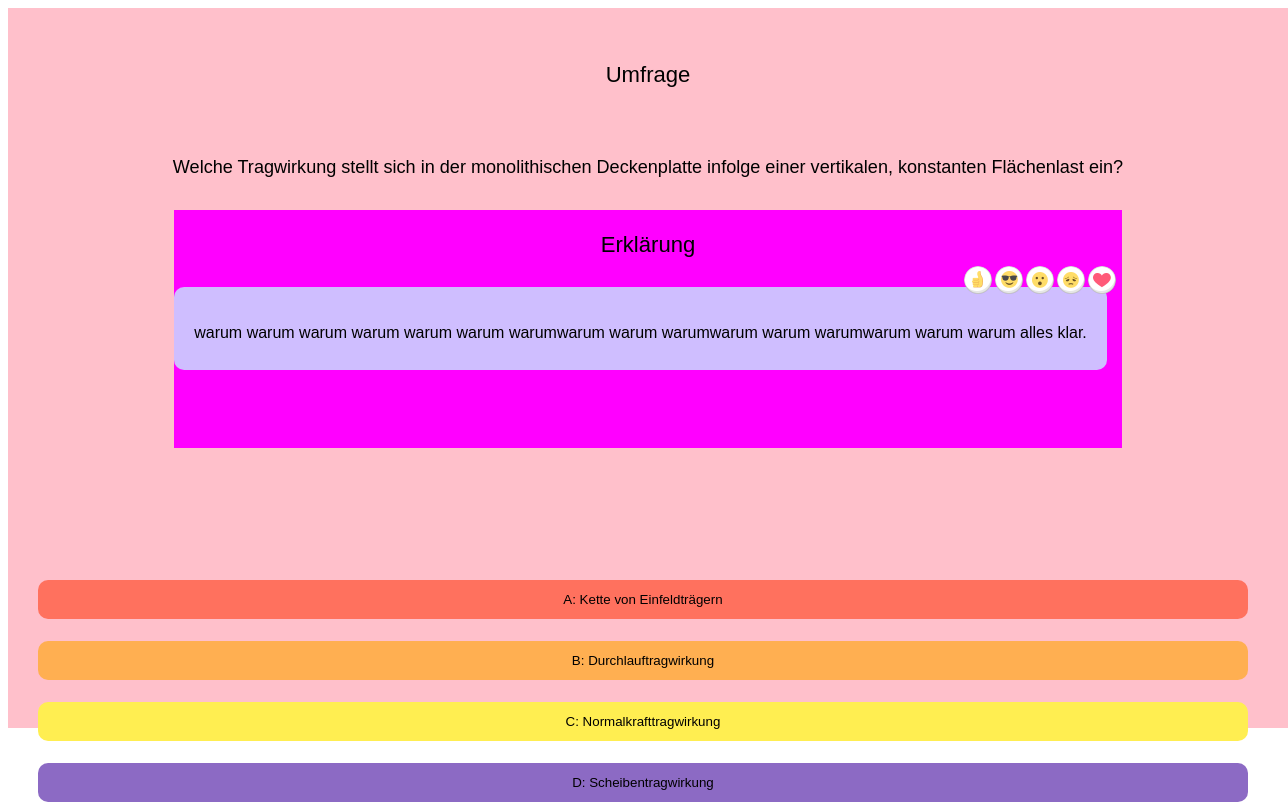
Repository: HyunraDate/Quinlan
Page: /Erklaerung
An editor plug-in stored every save of this project. The page is shown before and after the next save, followed by the edit.
The browser window is 1280 px wide. The page is 1288 px wide, so the pictures cover 1288 px, including what lies to the right of the window. The pictures show the whole page.
The project was rebuilt for these pictures with package versions that can differ from the ones it lists, and the page was loaded fresh each time. Also part of the build but not shown: vite.config.js, src/views/Ergebnis1.vue, src/views/Ergebnis2.vue.

Above is the page before, as saved 2023-07-25 14:50:13.

### index.html
<!DOCTYPE html>
<html lang="en">
  <head>
    <meta charset="UTF-8" />
    <link rel="icon" type="image/svg+xml" href="/vite.svg" />
    <meta name="viewport" content="width=device-width, initial-scale=1.0" />
    <title>Vite + Vue</title>
  </head>
  <body>
    <div id="app"></div>
    <script type="module" src="/src/main.js"></script>
    <script
    src="https://cdnjs.cloudflare.com/ajax/libs/echarts/5.4.1/echarts.min.js"
    integrity="sha512-OTbGFYPLe3jhy4bUwbB8nls0TFgz10kn0TLkmyA+l3FyivDs31zsXCjOis7YGDtE2Jsy0+fzW+3/OVoPVujPmQ=="
    crossorigin="anonymous"
    referrerpolicy="no-referrer">
    </script>

  </body>
</html>

### src/main.js
import { createApp } from 'vue'
// import './style.css'
import './utils/rem'
import App from './views/FragePage.vue'
import router from './router'
import * as echarts from 'echarts/core'

const app=createApp(App)//用const = 去挂载
app.use(router) //要先use哦
app.provide("ec", echarts);

// app.config.globalProperties.$axios = axios.create({
//     baseURL: 'http://localhost:8000', // 设置axios的基本URL
//     headers: {
//     // 设置axios请求的头部信息
//     }
// });

//createApp(app).mount('#app')
app.mount('#app')

### src/utils/rem.js
//rem等比适配配置文件
// 基准大小
const baseSize = 16
// 设置 rem 函数
function setRem () {
        // 当前页面宽度相对于 1920宽的缩放比例，可根据自己需要修改。
    const scale = document.documentElement.clientWidth / 1920
    // 设置页面根节点字体大小（“Math.min(scale, 2)” 指最高放大比例为2，可根据实际业务需求调整）
    document.documentElement.style.fontSize = baseSize * Math.min(scale, 2) + 'px'
    // 初始化
    setRem()
    // 改变窗口大小时重新设置
    rem.window.onresize = function () { setRem() }
}

### src/views/FragePage.vue
<!-- <template>
    <div>
    <div class="flex-col page">
        <div class="flex-col items-center">
          span class="font_1">Umfrage</span>
      <br/>

      <body onload="run()">
        wird in <span id="spanId" style="color:#FE9637">60</span>Sekunden springen!
      </body>
    </div>
</template> -->
<script>
// import { useStore } from '@store/index'
// //先引入useRouter
// import { useRouter } from 'vue-router'

// export default {
//   const store = useStore()
//   const router = useRouter()
//   //通过定义一个方法，使用Router进行跳转
//   const test =()=>
//   router.push()
// }

// import { useRouter , useRoute } from 'vue-router'

// setup(){
//     const $router=useRouter()
//     const $route=useRoute()

//     // 对象 $router.push()可以向history对象添加新记录
//     $router.push({ path: 'Ergebnis1' })
// }


// return {
//   store,
//   //这里暴露test方法
//   test
// }
// 页面一加载完成，该方法就会执行
// 读秒，一秒钟数字改变一次

// export default { 唔可以系setup度用
//   methods: {
//     scrollTo(target) {
//       const element = this.$refs[target];
//       element.scrollIntoView({ behavior: 'smooth' });
//     }
//   }
// }

var x = 60;
var select = "Step3.html";

function run(){
  // 获取到的是span标签的对象
  var span = document.getElementById("spanId");
  // 获取span标签中间的文本
  span.innerHTML = x;
  x--;
  // 再让run方法执行呢，一秒钟执行一次
  if(x < 0)window.location = select;
  else window.setTimeout("run()", 1000);

};

function test(click){
  select = click;
}

export default {
  data() {
    return {
      isDisabled: false,
      showButton: true,
    };
  },
  //Falls du die Btns nicht zeigen möchtest
  // beforeRouteEnter(to, from, next) {
  //   next(vm => {
  //     vm.showButton = false
  //   })
  // },
  // mounted() {
  //   // 在页面加载时显示按钮
  //   this.showButton = true;
  // },
  // beforeDestroy() {
  //   // 在页面销毁之前隐藏按钮
  //   this.showButton = false;
  // },

  methods:{
    option1:function(){
      console.log(this.$router);
      // this.$router.plus('/') 这里跳转不了欸
      //this.$router.push({path:"/"}) //传入对象 但也跳转不了欸 push!唔系plus啊死蠢！
      //this.showButton = false;

      //带参数
      this.$router.push({path:'/Ergebnis1'}) //成功跳转了！！okok!!
      //this.$router.push({name:"almond",params:{id:Chocolat}}) //传参 这里传不到欸 // 试一下传right
      },

      option2:function(){
        console.log(this.$router);
        //this.showButton = false; //hier zeigt die Button nicht mehr, wie du möchtest

        //带参数
        this.$router.push({path:'/Ergebnis2'}) //成功跳转了！！okok!!
        //如果要动态传参

        //this.$router.push({name:"Ergebnis2",params:{id:A}}) //传参 这里传不到欸 // 试一下传worong
      },

      onClick() {
        // 在点击事件监听器中禁用按钮
        this.isDisabled = true;
        // 在每个按钮上使用 v-bind:disabled 指令，将其值绑定为 isDisabled，
        //当 isDisabled 为 true 时，按钮将被禁用。
        console.log("Button clicked")
      },
  },


}
</script>

<template>
<body >
<div>
  <!-- <div class="flex-col page"> </div>  太占位啦！-->
    <div class="flex flex-col items-center">
    <br/><br/><br/>
    <span class="font_1">Umfrage</span>
    <!--style="{
      margin: 0;
      font-size: 1.38rem;
      font-family: Inter;
      line-height: 1.63rem;
      color: #000000;
      font-family: 'Work Sans', sans-serif;
      text-align: center;
      }"-->
    <br/><br/>
    <!-- <br/><br/> -->
    <span class="text">
    Welche Tragwirkung stellt sich in der monolithischen Deckenplatte infolge einer vertikalen, konstanten
    Flächenlast ein?
    <br/>
    </span>
  <router-view/>

<!-- onload="run()" 这里加载不了 这个onload function欸-->
<!-- wird in <span id="spanId" style="color:#FE9637">60</span>Sekunden springen! -->
</div>



<!-- 要页面跳转了
1、 router-link: <router-link to='/testDemo'>
                <button>点击跳转2</button>
                </router-link>

2、 this.$router.push('/a')
3、 get params ->  console.log(this.$route.params.a); -->
<div class="flex-col group space-y-22">

  <!-- <router-link to="Ergebnis2"><button class="flex-col justify-start items-center text-wrapper " type="submit">A: Kette von Einfeldträgern</button></router-link> -->
  <!-- <button class="flex-col justify-start items-center text-wrapper " type="submit" a href="Step3.html">A: Kette von Einfeldträgern</button> -->


  <!-- <router-link to="Ergebnis1"><button class="flex-col justify-start items-center text-wrapper_2 " type="submit">B: Durchlauftragwirkung</button></router-link> -->

  <!-- <router-link to="Ergebnis2"><button class="flex-col justify-start items-center text-wrapper_3" type="button">C: Normalkrafttragwirkung</button>
  </router-link> -->
<button v-on:click="onClick" :disabled="isDisabled" v-if="showButton" id ="A" class="flex-col justify-start items-center text-wrapper " type="submit" @click="option2">A: Kette von Einfeldträgern</button>

<button v-on:click="onClick" :disabled="isDisabled" v-if="showButton" id ="B" class="flex-col justify-start items-center text-wrapper_2" type="button" @click="option1">B: Durchlauftragwirkung</button>

<button v-on:click="onClick" :disabled="isDisabled" v-if="showButton" id ="C" class="flex-col justify-start items-center text-wrapper_3" type="button" @click="option2">C: Normalkrafttragwirkung</button>

<button v-on:click="onClick" :disabled="isDisabled" v-if="showButton" id ="D" class="flex-col justify-start items-center text-wrapper_4" type="button" @click="option2">D: Scheibentragwirkung</button>
</div>
</div>

</body>
</template>

<style scoped>
@import url("../css/halloween.css"); /*src = . */
/* .font_1{ /* didnt work
  position: center;
  } */

/*
使用深度选择器来写使样式生效。
有两种写法：

.a >>> .b {}
.a /deep/ .b
当你子组件使用了 scoped 但在父组件又想修改子组件的样式可以 通过 >>> 来实现：

<style scoped>
.a >>> .b { /* ...


将会编译成
.a[data-v-f3f3eg9] .b {
  /* ... */

</style>

### src/router/index.js
import {
    createRouter,
    createWebHashHistory,
    createWebHistory
  } from 'vue-router'

  // 1. 定义路由组件.
  // 也可以从其他文件导入

  // import Home from '../views/Home.vue'
  // import App from './App.vue' 原App好像不需要引入？
  import FragePage from '../views/FragePage.vue'
  import Ergebnis1 from '../views/Ergebnis1.vue' //1=true
  import Ergebnis2 from '../views/Ergebnis2.vue' //2=falsh
  import Erklaerung  from '../views/Erklaerung.vue'

  //import Step3 from '../views/Step3.html'


  //路由懒加载，用到时再加载（咪时好大，load又耐）
  // const About=()=>import('../views/About.vue') //然后Home放在下面path component后面就行啦
  //我加载不到惹

  // 2. 定义一些路由
  // 每个路由都需要映射到一个组件。
  // 我们后面再讨论嵌套路由。(hier写路由表)
  const routes = [

    /*{
      path:"/.id",
      redirect:(to)=>{
        console.log(to);
        return{path:"/.home"}
      } //都跳转不了欸 No match found for location with path "/home"
    },
    */

    /*{
      path: '/about',
      redirect: (to)=> {
        return {
          path: '/'
        }
      }
    },*/

    // { //这个Home的Hey已经能加载出来了欸
    //   path: '/',
    //   name:"home",
    //   component: Home
    // },

    {
        path: '/FragePage',
        component: FragePage
    },



  //   { path: '/about',
  //   component: About },

  //   { path: '/OptionA/:id', //路径参数 用冒号 : 表示。当一个路由被匹配时，它的 params 的值将在每个组件中以 this.$route.params 的形式暴露出来。
  //   component: OptionA },

    {
      path: "/Ergebnis1", //Ergebnis也成功挂载到了！
      component: Ergebnis1
    },
    {
      path: "/Ergebnis2", //Ergebnis也成功挂载到了！
      component: Ergebnis2
    },


    //Set动态路由 因为选项ABCD

    //     path: "/Sweet/:id*", //this is 动态参数啦 d.h 动态路由啦， i dont care what id u r ~
    //     //参数可有可无，但参数不能重复叠加
    //     //path:"/sweet/id?",
    //     component: Sweet
    //   },
    // {
    //   path: "/Step3", //这里要双引号哦
    //   component: Step3
    // },

    {
      path: "/Erklaerung", //这里要双引号哦
      component: Erklaerung
    },

    //   {
    //     path: "/Piggie",
    //     alias: ['/Airi','/Kazeo'], //你嘅nickname, two or more就用数组, 直接系导航栏输入path就得啦
    //     component: Piggie //为什么Piggie的子页面跳转不出来？而是home ->重新打Piggie的内容刷新就得啦！
    //   },

    //   {
    //     name: "almond", //路由名就叫sweet
    //     path: "/Sweet/:id*", //this is 动态参数啦 d.h 动态路由啦， i dont care what id u r ~
    //     //参数可有可无，但参数不能重复叠加
    //     //path:"/sweet/id?",
    //     component: Sweet
    //   },

    //   {
    //     //动态路由 参数一定是数字
    //     path: "/alcohol/:id",
    //     component: Alcohol,
    //     props:true
    //   },
  ]

  // 3. 创建路由实例并传递 `routes` 配置
  // 你可以在这里输入更多的配置，但我们在这里
  // 暂时保持简单
  const router = createRouter({
    // 4. 内部提供了 history 模式的实现。为了简单起见，我们在这里使用 hash 模式。 (Hash有#)
    //**hash不会向服务器发送请求！ */
    //history: createWebHashHistory(),

    //为了漂亮就用History模式，这样路径里就没有#号啦
    history: createWebHistory(),
    routes, // `routes: routes` 的缩写
  })

  //This is 全局守卫 （全球守卫）
  router.beforeEach((to, form, next) => {
    console.log(to);
    console.log(form);
    next()//like通行证
  })


  export default router

### src/css/halloween.css
/* 语法 @media mediaType and|not|only (media feature) {
  /*CSS-Code;*/
  /* 3、css中的vh和vm
  vh和vm是相对视口区域的宽高，即浏览器可视区域

  vw：1vw等于视口宽度的1%。
  vh：1vh等于视口高度的1%。

  使用场景：页面头部和尾部固定，中间内容若高度超出，则出现滚动条，但是整个页面不出现滚动条，
  在此情况下就要计算中间内容的高度，可以使用vh解决 */

  /* :root { why didnt work??
  font-family: 'Work Sans', sans-serif;
  line-height: 1.5;
  font-weight: 400;

  color-scheme: light dark;
  color: rgba(255, 255, 255, 0.87);
  background-color: #242424;

  font-synthesis: none;
  text-rendering: optimizeLegibility;
  -webkit-font-smoothing: antialiased;
  -moz-osx-font-smoothing: grayscale;
  -webkit-text-size-adjust: 100%;
  } */

  /* // 最大宽度为1280 （width-max: 1280）*/
@media (width: 100vw) {
  html {
    font-size: 1.88rem;
    font-weight: 500;
    font-family: 'Work Sans', sans-serif;
  }

  body {
    background: pink;
    height:100vh;
    margin: 0;
    -webkit-font-smoothing: antialiased;
    -moz-osx-font-smoothing: grayscale;

  }

  body * {
    box-sizing: border-box;
    flex-shrink: 0;
  }

  button {
    border-width: 0px;
    border-radius: 0.63rem;
  }
  button:hover{
    border:2px solid #FE9637;
    box-shadow:rgba(251, 161, 72, 0.66) 0 0 5px;
    transition:all .2s;
  }
  .flex-row {
    display: flex;
    flex-direction: row;
  }

  .flex-col {
    display: flex;
    flex-direction: column;
  }

  .justify-start {
    justify-content: flex-start;
  }

  .justify-end {
    justify-content: flex-end;
  }

  .justify-center {
    justify-content: center;
  }

  .justify-between {
    justify-content: space-between;
  }

  .justify-around {
    justify-content: space-around;
  }

  .justify-evenly {
    justify-content: space-evenly;
  }

  .items-start {
    align-items: flex-start;
  }

  .items-end {
    align-items: flex-end;
  }

  .items-center {
    align-items: center;
  }

  .items-baseline {
    align-items: baseline;
  }

  .items-stretch {
    align-items: stretch;
  }

  .self-start {
    align-self: flex-start;
  }

  .self-end {
    align-self: flex-end;
  }

  .self-center {
    align-self: center;
  }

  .self-baseline {
    align-self: baseline;
  }

  .self-stretch {
    align-self: stretch;
  }

  .flex-1 {
    flex: 1 1 0%;
  }

  .flex-auto {
    flex: 1 1 auto;
  }

  .grow {
    flex-grow: 1;
  }

  .grow-0 {
    flex-grow: 0;
  }

  .shrink {
    flex-shrink: 1;
  }

  .shrink-0 {
    flex-shrink: 0;
  }

  .relative {
    position: relative;
  }

  /* .page {
    padding: 8.63rem 3.38rem 16.31rem 4rem;
    background-color: #ffffff;
    width: 100%;
    overflow-y: auto;
    overflow-x: hidden;
    height: 100%;
  } */
  .font_1 {
    font-size: 3.38rem;
    font-family: Inter;
    line-height: 1.63rem;
    color: #000000;
    font-family: 'Work Sans', sans-serif;
    text-align: center;
  }

  .text {
    margin: 2rem;
    color: #000000;
    font-size: 1.13rem;
    font-family: Inter;
    line-height: 1.38rem;
    text-align: center;
    font-family: 'Work Sans', sans-serif;
  }
  .group {
    margin-top: 8.25rem;
    padding: 0 1.88rem;
  }
  .space-y-22 > *:not(:first-child) {
    margin-top: 1.38rem;
  }
  .text-wrapper {
    margin-right: 0.63rem;
    padding: 0.75rem 0;
    background-color: #FF715E;
  }
  .font_2 {
    font-size: 1rem;
    font-family: Inter;
    line-height: 0.97rem;
    color: #000000;
    font-family: 'Work Sans', sans-serif;
  }
  .text-wrapper_2 {
    margin-right: 0.63rem;
    padding: 0.75rem 0;
    background-color: #ffaf51;
    outline: none;
  }
  .text-wrapper_3 {
    margin-right: 0.63rem;
    padding: 0.75rem 0;
    background-color: #FFEE51;
  }
  .text-wrapper_4 {
    margin-right: 0.63rem;
    padding: 0.75rem 0;
    background-color: #8C6AC4;
  }
}
/* // 200px为头部加尾部高度 */


  /* // 宽度为1281-1366之间
@media (min-width: 1281px) and (max-width: 1366px) {
  body {
    background: red;
  }
}

/* // 最小宽度为1441  */
/* @media (min-width: 1441px) {
  body {
    background: green;
  }
} */


html {
  font-size: 1.88rem;
  font-weight: 500;
  font-family: 'Work Sans', sans-serif;
}

body {
  margin: 0;
  -webkit-font-smoothing: antialiased;
  -moz-osx-font-smoothing: grayscale;
  width: 100vw;
  height: 100vh;
}

body * {
  box-sizing: border-box;
  flex-shrink: 0;
}

button {
  border-width: 0px;
  border-radius: 0.63rem;
}
button:hover{
  border:2px solid #FE9637;
  box-shadow:rgba(251, 161, 72, 0.66) 0 0 5px;
  transition:all .2s;
}
.flex-row {
  display: flex;
  flex-direction: row;
}

.flex-col {
  display: flex;
  flex-direction: column;
}

.justify-start {
  justify-content: flex-start;
}

.justify-end {
  justify-content: flex-end;
}

.justify-center {
  justify-content: center;
}

.justify-between {
  justify-content: space-between;
}

.justify-around {
  justify-content: space-around;
}

.justify-evenly {
  justify-content: space-evenly;
}

.items-start {
  align-items: flex-start;
}

.items-end {
  align-items: flex-end;
}

.items-center {
  align-items: center;
}

.items-baseline {
  align-items: baseline;
}

.items-stretch {
  align-items: stretch;
}

.self-start {
  align-self: flex-start;
}

.self-end {
  align-self: flex-end;
}

.self-center {
  align-self: center;
}

.self-baseline {
  align-self: baseline;
}

.self-stretch {
  align-self: stretch;
}

.flex-1 {
  flex: 1 1 0%;
}

.flex-auto {
  flex: 1 1 auto;
}

.grow {
  flex-grow: 1;
}

.grow-0 {
  flex-grow: 0;
}

.shrink {
  flex-shrink: 1;
}

.shrink-0 {
  flex-shrink: 0;
}

.relative {
  position: relative;
}

.page {
  padding: 8.63rem 3.38rem 16.31rem 4rem;
  background-color: #ffffff;
  width: 100%;
  overflow-y: auto;
  overflow-x: hidden;
  height: 100%;
}
.font_1 {
  font-size: 1.38rem;
  font-family: Inter;
  line-height: 1.63rem;
  color: #000000;
  font-family: 'Work Sans', sans-serif;
}
.text {
  margin-top: 2rem;
  color: #000000;
  font-size: 1.13rem;
  font-family: Inter;
  line-height: 1.38rem;
  text-align: center;
  font-family: 'Work Sans', sans-serif;

}
.group {
  margin-top: 8.25rem;
  padding: 0 1.88rem;
}
.space-y-22 > *:not(:first-child) {
  margin-top: 1.38rem;
}
.text-wrapper {
  margin-right: 0.63rem;
  padding: 0.75rem 0;
  background-color: #FF715E;
}
.font_2 {
  font-size: 1rem;
  font-family: Inter;
  line-height: 0.97rem;
  color: #000000;
  font-family: 'Work Sans', sans-serif;
}
.text-wrapper_2 {
  margin-right: 0.63rem;
  padding: 0.75rem 0;
  background-color: #ffaf51;
  outline: none;
}
.text-wrapper_3 {
  margin-right: 0.63rem;
  padding: 0.75rem 0;
  background-color: #FFEE51;
}
.text-wrapper_4 {
  margin-right: 0.63rem;
  padding: 0.75rem 0;
  background-color: #8C6AC4;
}

### src/views/Erklaerung.vue
<template>
    <html lang="en">
  <!-- <head>
    <meta charset="UTF-8" />
    <meta http-equiv="X-UA-Compatible" content="IE=edge" />
    <meta name="viewport" content="width=device-width, initial-scale=1.0" />
    <title>codefun</title>
    <link rel="stylesheet" href="./Step4.css" />
    <script type="text/javascript" src="./Step4.js"></script>
  </head> -->
  <body>
    <div class="flex-col page space-y-10">
      <span class="self-center text">Erklärung</span>
      <div class="flex-col justify-start relative group">
        <div class="flex-col justify-start items-start text-wrapper">
          <span class="text_2">
            warum warum warum warum warum warum warumwarum warum warumwarum warum warumwarum warum warum alles klar.
          </span>
        </div>
        <img
          class="image pos_3"
          src="../images/surprise.png"
        />
        <img
          class="image pos_2"
          src="../images/cool.png"
        />
        <img
          class="image pos"
          src="../images/like.png"
        />
        <img
          class="image pos_5"
          src="../images/heart.png"
        />
        <img
          class="image pos_4"
          src="../images/sad.png"
        />
      </div>
      <!--<img
        class="self-end image_2"
        src="https://codefun-proj-user-res-1256085488.cos.ap-guangzhou.myqcloud.com/63986c125a7e3f0310fdabbc/63986c59717ee30011312a06/16709407860648366536.png"
      /> -->
    </div>
  </body>
</html>
</template>

<style scoped>
@import url("../css/Step4.css");
</style>

### src/css/Step4.css
html {
    font-size: 16px;
  }

  body {
    margin: 0;
    font-family: 'Work Sans', sans-serif;
    -webkit-font-smoothing: antialiased;
    -moz-osx-font-smoothing: grayscale;
    width: 100vw;
    height: 100vh;
  }

  body * {
    box-sizing: border-box;
    flex-shrink: 0;
  }

  /* .flex-row {
    display: flex;
    flex-direction: row;
  } */

  .flex-col {
    display: flex;
    flex-direction: column;
  }

  .justify-start {
    justify-content: flex-start;
  }

  .justify-end {
    justify-content: flex-end;
  }

  .justify-center {
    justify-content: center;
  }

  .justify-between {
    justify-content: space-between;
  }

  .justify-around {
    justify-content: space-around;
  }

  .justify-evenly {
    justify-content: space-evenly;
  }

  .items-start {
    align-items: flex-start;
  }

  .items-end {
    align-items: flex-end;
  }

  .items-center {
    align-items: center;
  }

  .items-baseline {
    align-items: baseline;
  }

  .items-stretch {
    align-items: stretch;
  }

  .self-start {
    align-self: flex-start;
  }

  .self-end {
    align-self: flex-end;
  }

  .self-center {
    align-self: center;
  }

  .self-baseline {
    align-self: baseline;
  }

  .self-stretch {
    align-self: stretch;
  }

  .flex-1 {
    flex: 1 1 0%;
  }

  .flex-auto {
    flex: 1 1 auto;
  }

  .grow {
    flex-grow: 1;
  }

  .grow-0 {
    flex-grow: 0;
  }

  .shrink {
    flex-shrink: 1;
  }

  .shrink-0 {
    flex-shrink: 0;
  }

  .relative {
    position: relative;
  }

  .page {
    padding-top: 1.5rem ;
    padding-bottom: 1.5rem ;
    padding-left: 2 rem;
    padding-right: 2 rem;
    background-color: #ff00ff;
  }
  .space-y-10 > *:not(:first-child) {
    margin-top: 0.63rem;
  }
  .text {
    color: #000000;
    font-size: 1.38rem;
    font-family: Inter;
    line-height: 1.34rem;
    font-family: 'Work Sans', sans-serif;
  }
  .group {
    padding-top: 1.31rem;
    height: 9.88rem;
  }
  .text-wrapper {
    margin-right: 0.94rem;
    padding: 2.25rem 0 1.75rem;
    background-color: #cfbeff;
    border-radius: 0.63rem;
  }
  .text_2 {
    margin: 0 1.25rem;
    color: #000000;
    font-size: 1rem;
    font-family: Inter;
    line-height: 1.19rem;
    font-family: 'Work Sans', sans-serif;
  }
  .image {
    width: 1.75rem;
    height: 1.75rem;
  }
  .pos_3 {
    position: absolute;
    right: 4.25rem;
    top: 0;
    border-radius: 50%;
    border:none;
    }

  .pos_3:hover{
    border:2px solid #FE9637;
    box-shadow:rgba(251, 161, 72, 0.66) 0 0 5px;
    transition:all .2s;
    }

  .pos_2 {
    position: absolute;
    right: 6.19rem;
    top: 0;
    border-radius: 50%;
    border:none;
    }

  .pos_2:hover{
    border:2px solid #FE9637;
    box-shadow:rgba(251, 161, 72, 0.66) 0 0 5px;
    transition:all .2s;
    }

  .pos {
    position: absolute;
    right: 8.13rem;
    top: 0;
    border-radius: 50%;
    border:none;
    }

  .pos:hover{
    border:2px solid #FE9637;
    box-shadow:rgba(251, 161, 72, 0.66) 0 0 5px;
    transition:all .2s;
    }

  .pos_5 {
    position: absolute;
    right: 0.38rem;
    top: 0;
    border-radius: 50%;
    border:none;
    }

  .pos_5:hover{
    border:2px solid #FE9637;
    box-shadow:rgba(251, 161, 72, 0.66) 0 0 5px;
    transition:all .2s;
    }

  .pos_4 {
    position: absolute;
    right: 2.31rem;
    top: 0;
    border-radius: 50%;
    border:none;
    }

  .pos_4:hover{
    border:2px solid #FE9637;
    box-shadow:rgba(251, 161, 72, 0.66) 0 0 5px;
    transition:all .2s;
    }

  .image_2 {
    width: 6.31rem;
    height: 2.19rem;
    margin-top: 0.63rem;
  }

After the next save:
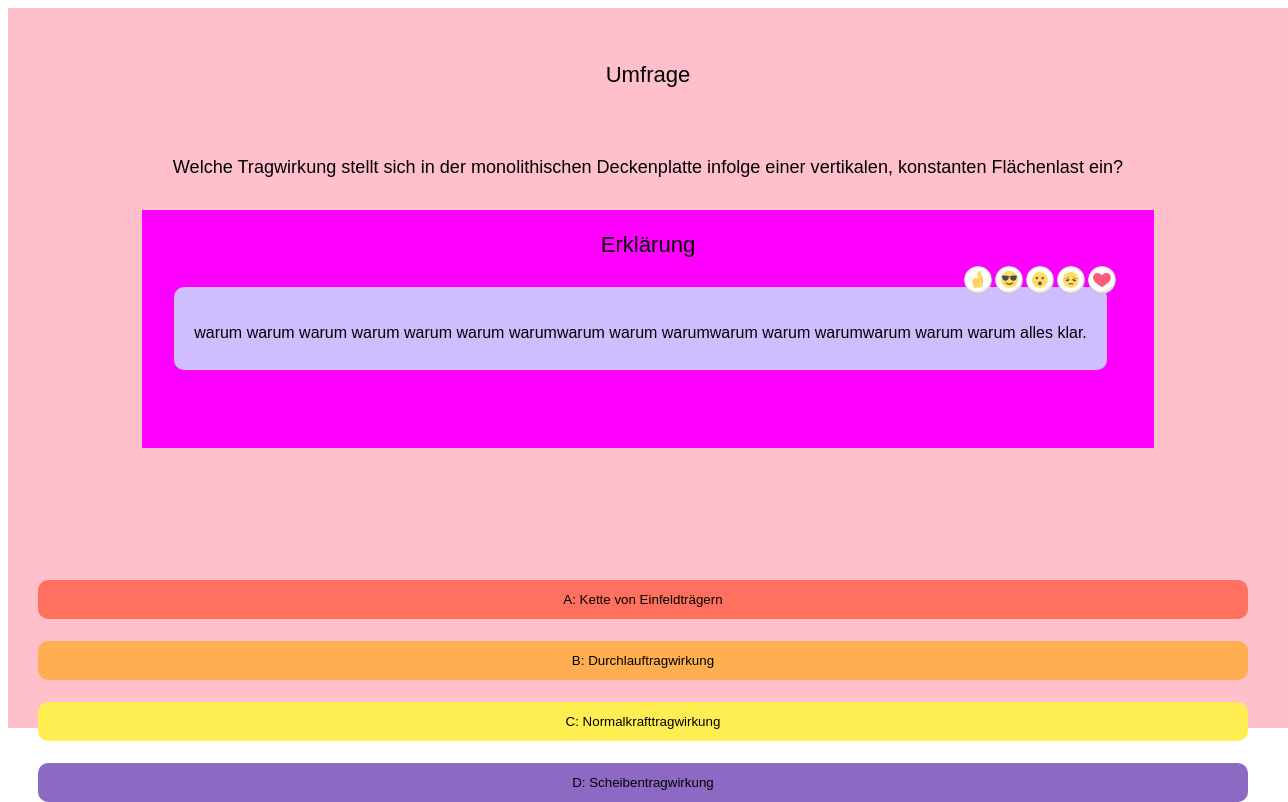
Saved 20 s later.
--- a/src/css/Step4.css
+++ b/src/css/Step4.css
@@ -121,8 +121,8 @@ html {
   .page {
     padding-top: 1.5rem ;
     padding-bottom: 1.5rem ;
-    padding-left: 2 rem;
-    padding-right: 2 rem;
+    padding-left: 2rem;
+    padding-right: 2rem;
     background-color: #ff00ff;
   }
   .space-y-10 > *:not(:first-child) {
